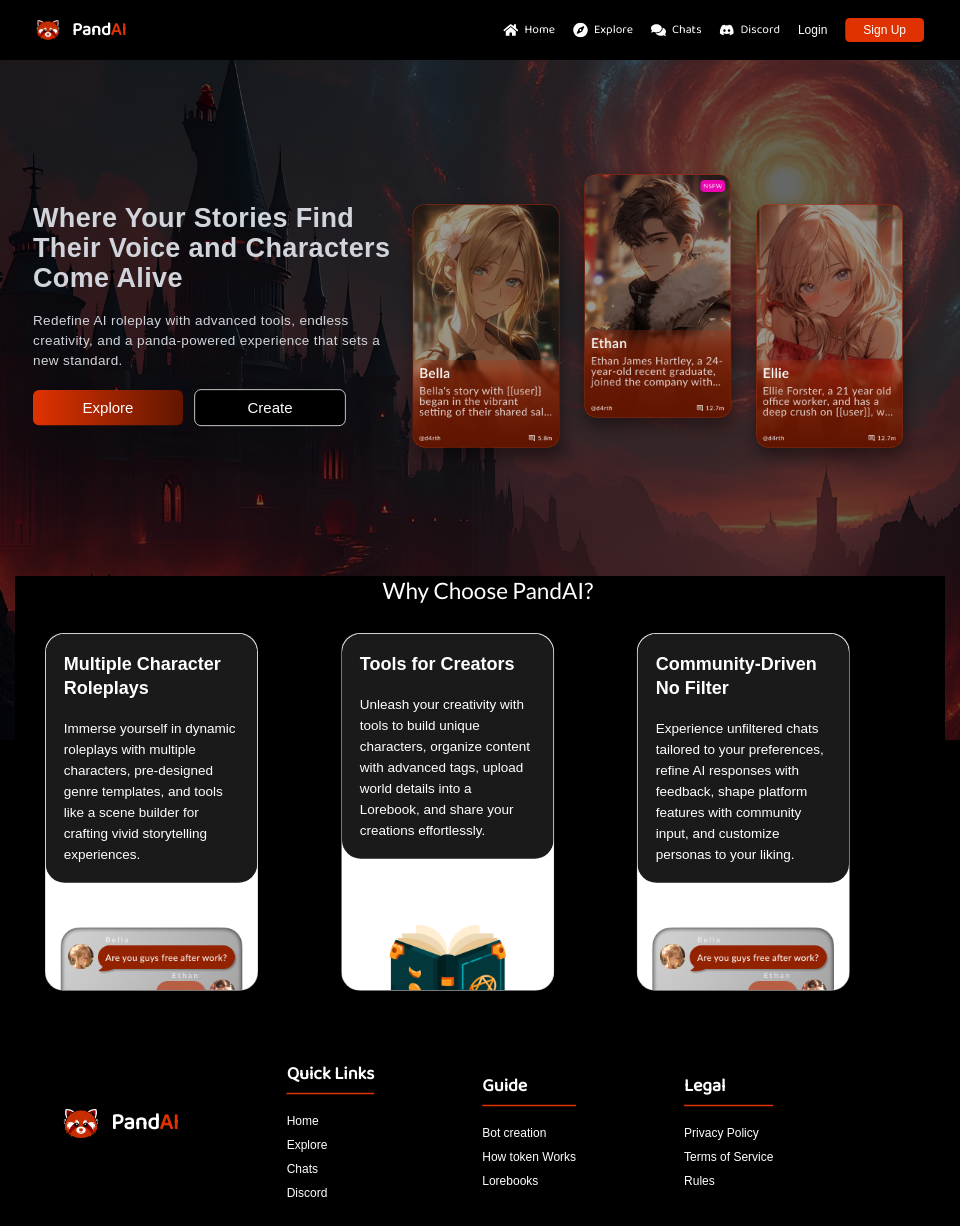
Repository: PandamoniumAI/Pandamonium
Page: /preview
An editor plug-in stored every save of this project. The page is shown before and after a run of saves, followed by the edit.
The browser window is 1280 px wide. The pictures show the whole page, at 75% of full size.
Some web libraries are served in a nearby version. The project was rebuilt for these pictures with package versions that can differ from the ones it lists, and the page was loaded fresh each time. Also part of the build but not shown: vite.config.js, src/Utils/Utils.js, src/Components/SearchBar/SearchBar.jsx, src/Components/CSS/CharacterCard.css, src/Components/CharacterCard/CharacterCard.jsx, src/Components/CSS/CharacterCardModal.css, src/Components/CharacterCardModal/CharacterCardModal.jsx, src/Components/CSS/Tags.css and 15 more.

Above is the page before, as saved 2025-01-01 21:38:37.

After the next 4 saves:
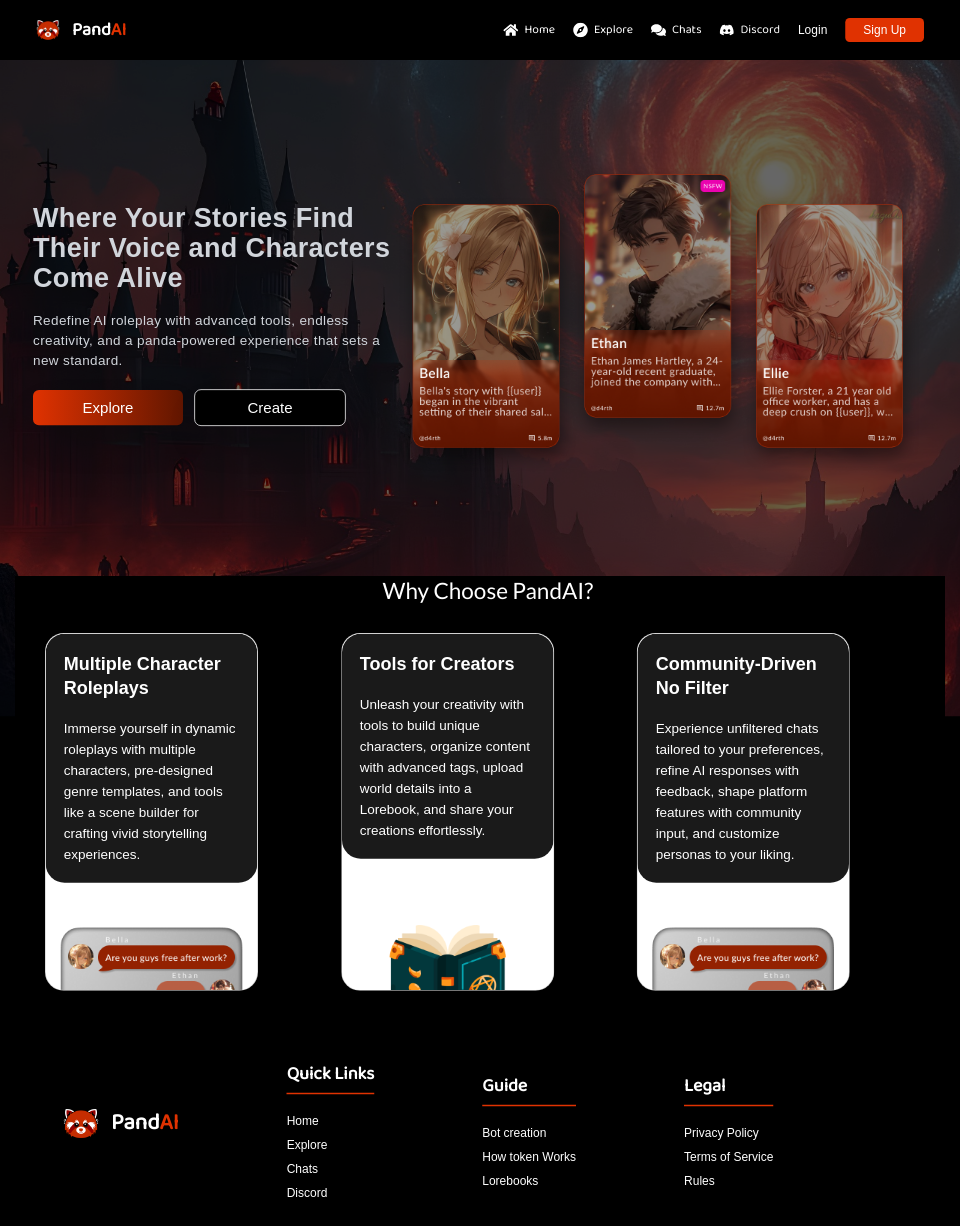
The 4 saves are shown as one change because 1 did not build or start and some came seconds apart.
The last was saved 19 s later.
--- a/src/Preview/Preview.jsx
+++ b/src/Preview/Preview.jsx
@@ -91,6 +91,7 @@
         </div>
       </div>
 
+      <div className="infostart">
       <div className="info px-10 relative bg-black" style={{top: "700px"}}>
         <div className="infotext mb-8 text-white">
           <h1 className="text-3xl font-lato text-white ml-[450px]">
@@ -158,6 +159,7 @@
               </div>
             ))}
           </div>
+        </div>
 
           <div className="Footer bg-black py-8 px-6 mt-10 flex items-center justify-start space-x-36">
             <div className="flex items-center">
